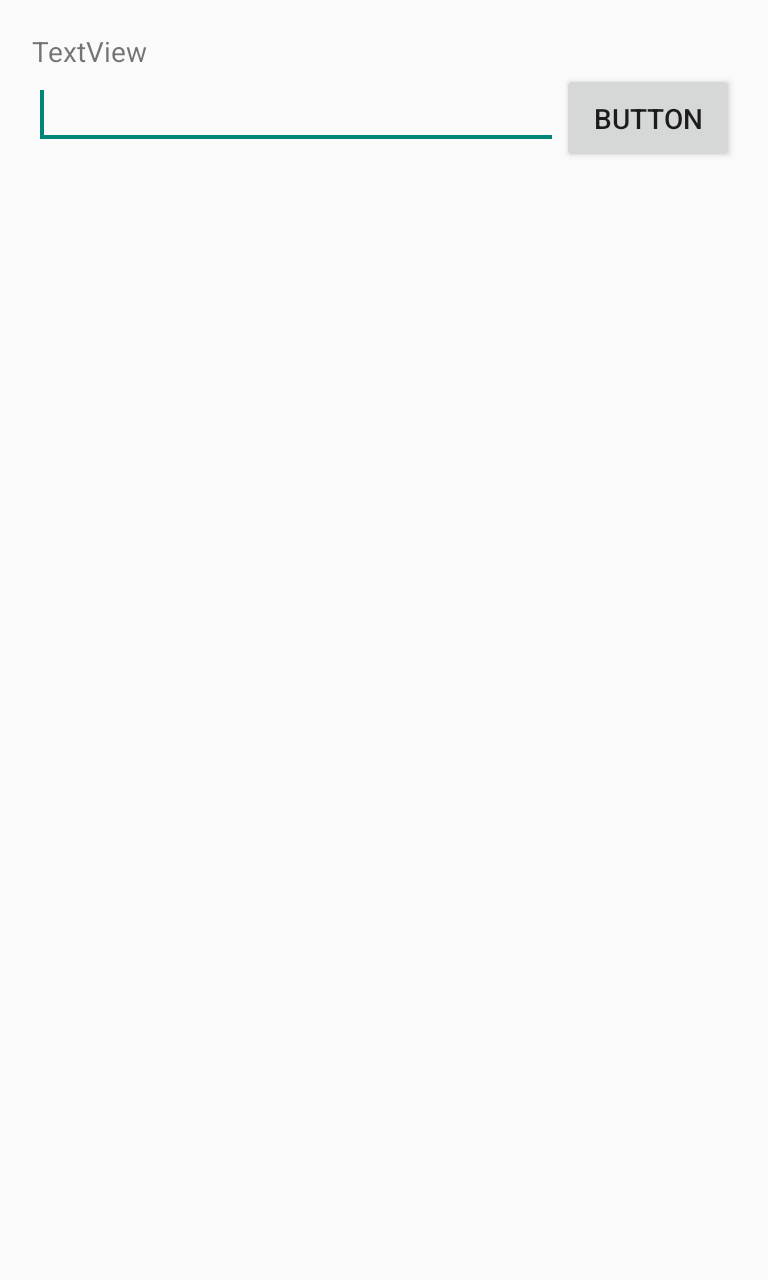
Repository: mg-badman/SPCS11
Layout: softproj_app_final/softwProj/res/layout/activity_main.xml
The author's editor kept a copy of each file at every save. The layout is drawn from the files as they stood at one save, then again after the next save.
It is drawn on a 768 x 1280 px phone screen (xhdpi) without system bars, with theme AppTheme; the app's code is not run.

Above is the layout before, as saved 2015-06-01 02:33:04.

After the next save:
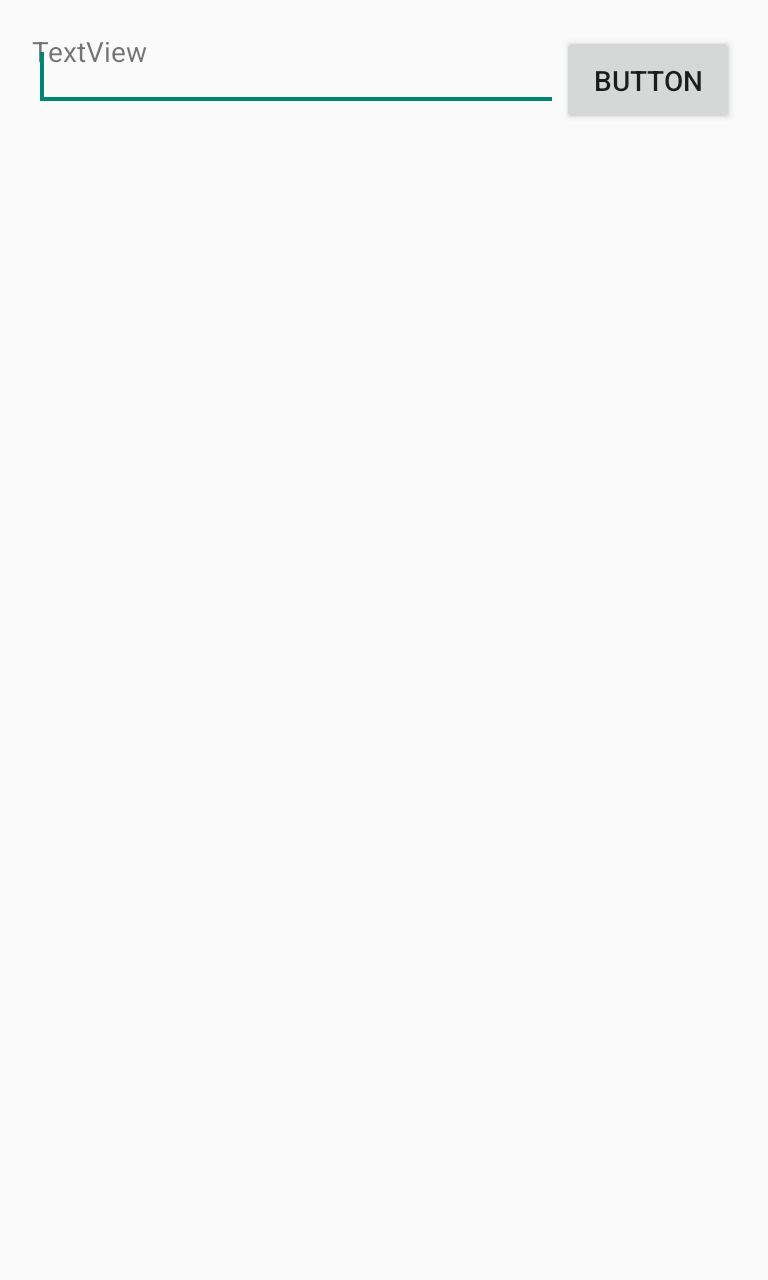
Saved 6 min 55 s later.
--- a/softproj_app_final/softwProj/res/layout/activity_main.xml
+++ b/softproj_app_final/softwProj/res/layout/activity_main.xml
@@ -8,41 +8,13 @@
     android:paddingTop="@dimen/activity_vertical_margin"
     tools:context="com.test.softwproj.MainActivity" >
 
-    <LinearLayout
-        android:layout_width="fill_parent"
-        android:layout_height="wrap_content"
-        android:orientation="vertical" >
+<TextView android:id="@+id/textView1" android:layout_width="fill_parent" android:layout_height="fill_parent" android:layout_weight="1" android:text="TextView" /><LinearLayout android:layout_width="fill_parent" android:layout_height="wrap_content">
 
-        <TextView
-            android:id="@+id/textView1"
-            android:layout_width="fill_parent"
-            android:layout_height="fill_parent"
-            android:layout_weight="1"
-            android:text="TextView" />
-
-        <LinearLayout
-            android:layout_width="fill_parent"
-            android:layout_height="wrap_content">
-
-            <EditText
-                android:id="@+id/editText1"
-                android:layout_width="wrap_content"
-                android:layout_height="wrap_content"
-                android:layout_weight="1"
-                >
+            <EditText android:id="@+id/editText1" android:layout_width="wrap_content" android:layout_height="wrap_content" android:layout_weight="1">
 
                 <requestFocus />
             </EditText>
 
-            <Button
-                android:id="@+id/button1"
-                android:layout_width="wrap_content"
-                android:layout_height="wrap_content"
-                android:layout_weight="0"
-                android:text="Button" />
+            <Button android:id="@+id/button1" android:layout_width="wrap_content" android:layout_height="wrap_content" android:layout_weight="0" android:text="Button" />
 
-        </LinearLayout>
-
-    </LinearLayout>
-
-</RelativeLayout>
+        </LinearLayout></RelativeLayout>
